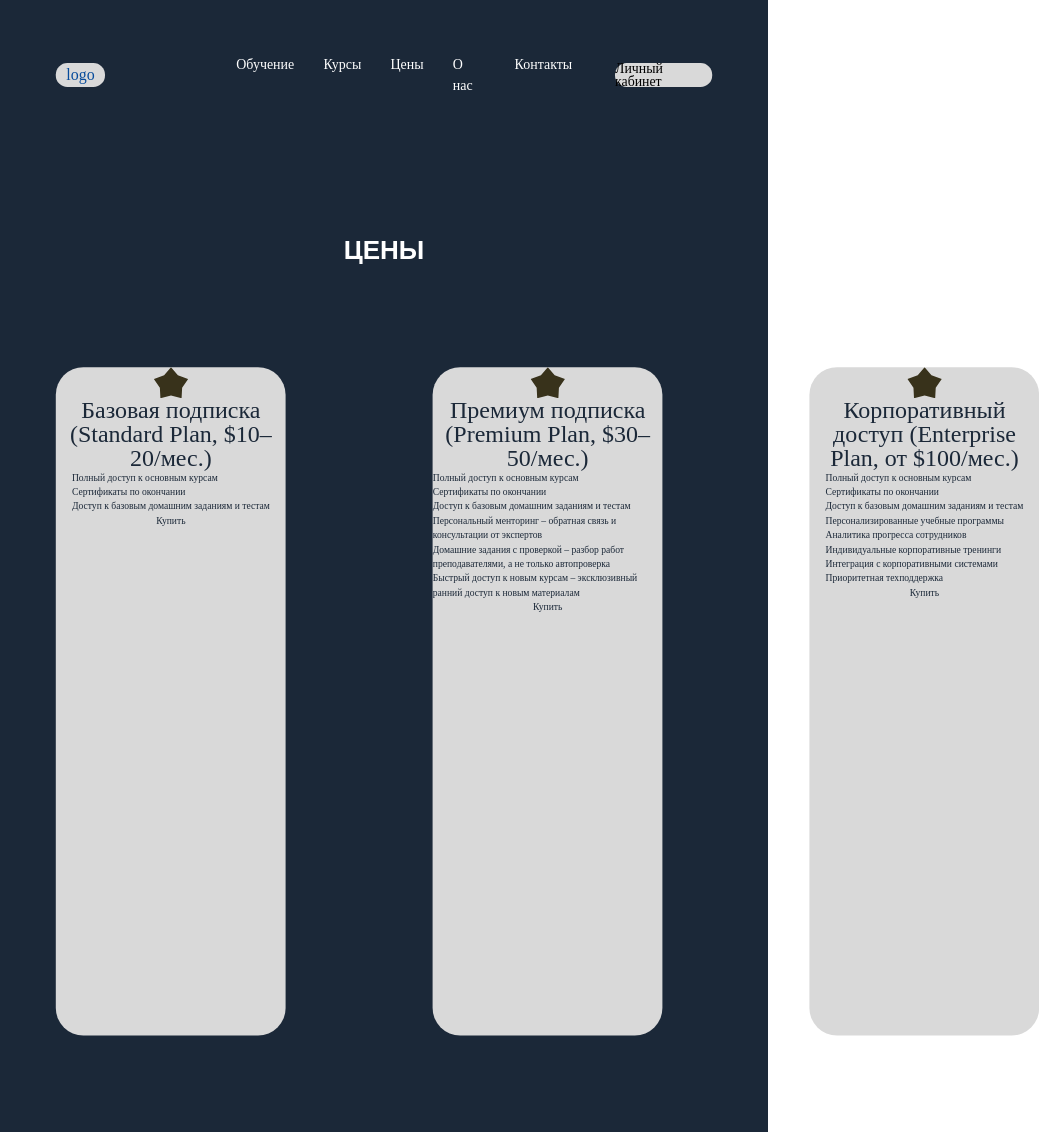
Repository: marjango/course
Page: /pricepage
The author's editor kept a copy of each file at every save. The page is drawn from the files as they stood at one save, then again after the next save.
The browser window is 1280 px wide. The page is 1732 px wide, so the pictures cover 1732 px, including what lies to the right of the window. The pictures show the whole page, at 60% of full size.
The project was rebuilt for these pictures with package versions that can differ from the ones it lists, and the page was loaded fresh each time. The framework's server and built-in components were replaced by stand-ins that run in the browser. Also part of the build but not shown: next.config.ts.

Above is the page before, as saved 2025-03-26 21:00:33.

### app/layout.tsx
import type { Metadata } from "next";
import "./globals.css";
import './fonts.css';


export const metadata: Metadata = {
  title: "сourse",
  description: "it course",
};

export default function RootLayout({
  children,
}: Readonly<{
  children: React.ReactNode;
}>) {
  return (
    <html lang="en">
      <body

      >
        {children}
      </body>
    </html>
  );
}

### app/pricepage/page.tsx
import React from "react";
import Image from "next/image";
import s from "./price.module.css";
import Link from "next/link";
import star from "./Star.svg";

const pricepage = () => {
  return (
    <>
    <div className={s.pricepage}>
    <div className={s.headerContainer}>
          <Link href="/" className={s.logo}>
            logo
          </Link>

          <div className={s.nav}>
            <Link href="#">Обучение</Link>
            <Link href="/coursespage">Курсы</Link>
            <Link href="#">Цены</Link>
            <Link href="#">О нас</Link>
            <Link href="#">Контакты</Link>
          </div>

          <Link href="#" className={s.personal}>
            Личный кабинет
          </Link>
        </div>
      <h1>Цены</h1>
      <div className={s.columns}>
      <div className={s.column}>
        <Image src={star} width={58} height={55} alt="star" />
        <h3>Базовая подписка (Standard Plan, $10–20/мес.)</h3>
        <ul>
          <li>Полный доступ к основным курсам</li>
          <li>Сертификаты по окончании</li>
          <li>Доступ к базовым домашним заданиям и тестам</li>
        </ul>
        <button>Купить</button>
      </div>
      <div className={s.column}>
      <Image src={star} width={58} height={55} alt="star" />
        <h3>Премиум подписка (Premium Plan, $30–50/мес.)</h3>
        <ul>
          <li>Полный доступ к основным курсам</li>
          <li>Сертификаты по окончании</li>
          <li>Доступ к базовым домашним заданиям и тестам</li>
          <li>
            Персональный менторинг – обратная связь и консультации от экспертов
          </li>
          <li>
            Домашние задания с проверкой – разбор работ преподавателями, а не
            только автопроверка{" "}
          </li>
          <li>
            Быстрый доступ к новым курсам – эксклюзивный ранний доступ к новым
            материалам
          </li>
        </ul>
        <button>Купить</button>
      </div>
      <div className={s.column}>
      <Image src={star} width={58} height={55} alt="star" />
        <h3>Корпоративный доступ (Enterprise Plan, от $100/мес.)</h3>
        <ul>
          <li>Полный доступ к основным курсам</li>
          <li>Сертификаты по окончании</li>
          <li>Доступ к базовым домашним заданиям и тестам</li>
          <li>Персонализированные учебные программы</li>
          <li>Аналитика прогресса сотрудников</li>
          <li>Индивидуальные корпоративные тренинги</li>
          <li>Интеграция с корпоративными системами</li>
          <li>Приоритетная техподдержка</li>
        </ul>
        <button>Купить</button>
      </div>
      </div>
      </div>
    </>
  );
};

export default pricepage;

### app/globals.css
@import "tailwindcss";

* {
  font-family: 'Doloman Pavljenko';
}

h1 {
  font-family: 'Intro Friday', sans-serif;
  font-size: 3.39vw;
  line-height: 1.2;
  color: white;
  font-weight: bold;
  text-transform: uppercase;
}

### app/fonts.css
@font-face {
    font-family: 'Doloman Pavljenko';
    src: url("/public/fonts/DolomanPavljenko.otf") format('otf'),
    url("/public/fonts/DolomanPavljenko.otf") format('otf');
    font-weight: normal;
    font-style: normal;
  }

   @font-face {
     font-family: "Intro Friday";
     src: url("/public/fonts/Intro\ Friday\ Regular.ttf") format("ttf"),
     url("/public/fonts/Intro\ Friday\ Regular.ttf") format("ttf");
     font-weight: normal;
     font-style: normal;
   }

### app/pricepage/price.module.css
.pricepage {
    width: 100%;
    height: auto;
    padding: 7.03vw 7.29vw 12.60vw 7.29vw;
    background-color: #1b2838;
    display: flex;
    flex-direction: column;
    align-items: center;
    color: white;
}
.pricepage h1 {
    margin-top: 230px;
    margin-bottom: 170px;
}
.headerContainer {
    background: transparent;
    display: flex;
    justify-content: space-between;
    align-items: center;
    width: 100%;
  }

  .logo {
    padding: 0.52vw 1.35vw;
    background-color: #d9d9d9;
    border: none;
    border-radius: 1.51vw;
    color: #064b9b;
    font-size: 2.08vw;
    line-height: 2.08vw;
    font-weight: 300;
  }

  .nav {
    margin-left: 17.08vw;
    justify-self: center;
    font-size: 1.82vw;
    font-weight: 300;
    display: flex;
    gap: 3.8vw;
  }

  .personal {
    margin-left: 5.57vw;
    background-color: #d9d9d9;
    width: 12.66vw;
    height: 3.13vw;
    display: flex;
    justify-content: center;
    align-items: center;
    border: none;
    border-radius: 1.51vw;
    color: black;
    font-size: 1.8vw;
    line-height: 1.8vw;
    font-weight: 300;
  }

.columns {
    margin: 0 auto;
    display: flex;
    gap: 245px;
}
.column {
    background-color: #D9D9D9;
    border-radius: 46px;
    display: flex;
    flex-direction: column;
    align-items: center;
    width: 383px;
    height: 1114px;
    color: #1b2838;
}
.column h3 {
    font-size: 40px;
    line-height: 40px;
    font-weight: 300;
    text-align: center;
}
.column p{
    max-width: 320px;
}

After the next save:
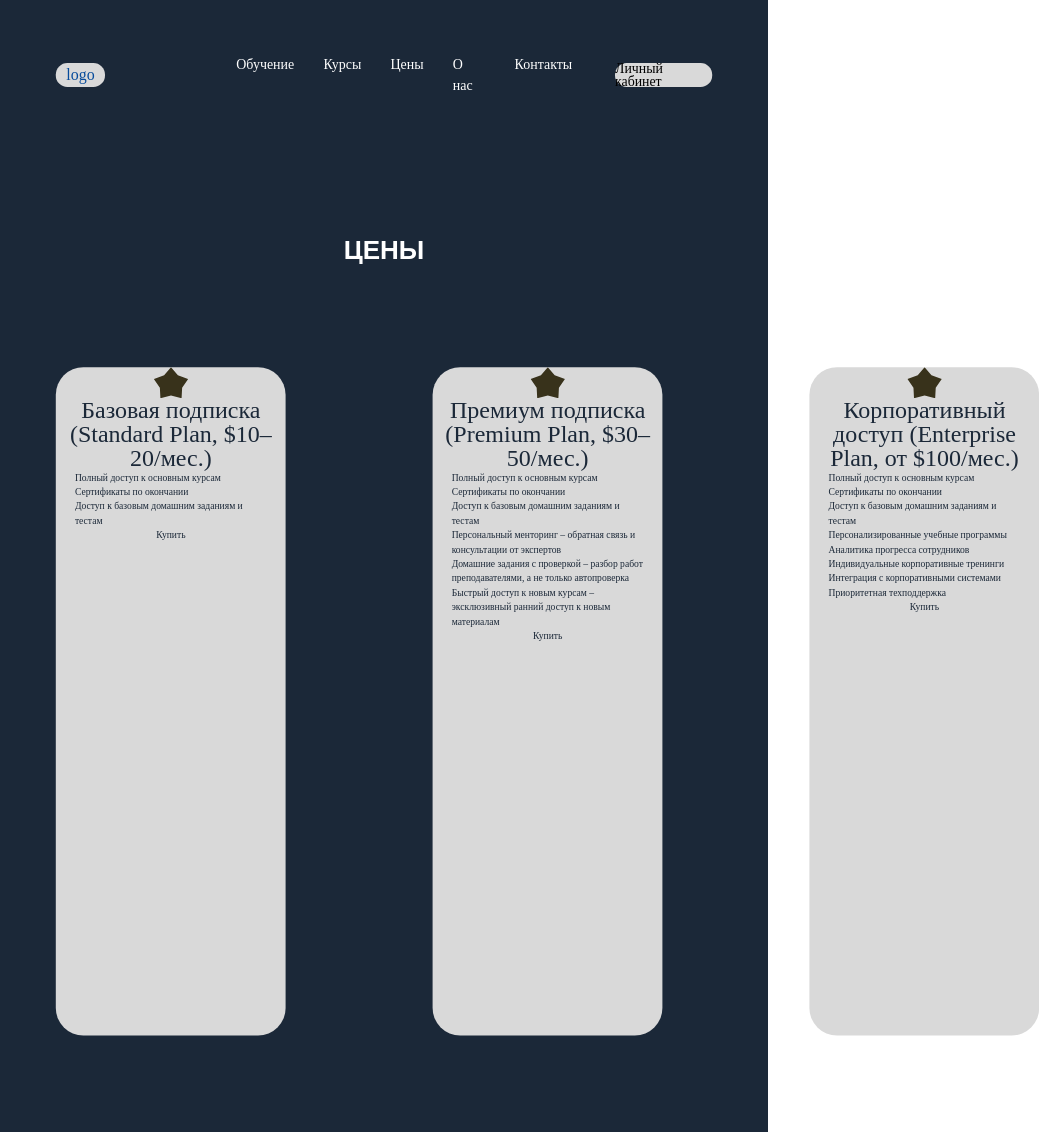
Saved 8 s later.
--- a/app/pricepage/price.module.css
+++ b/app/pricepage/price.module.css
@@ -77,6 +77,6 @@
     font-weight: 300;
     text-align: center;
 }
-.column p{
+.column ul{
     max-width: 320px;
 }
